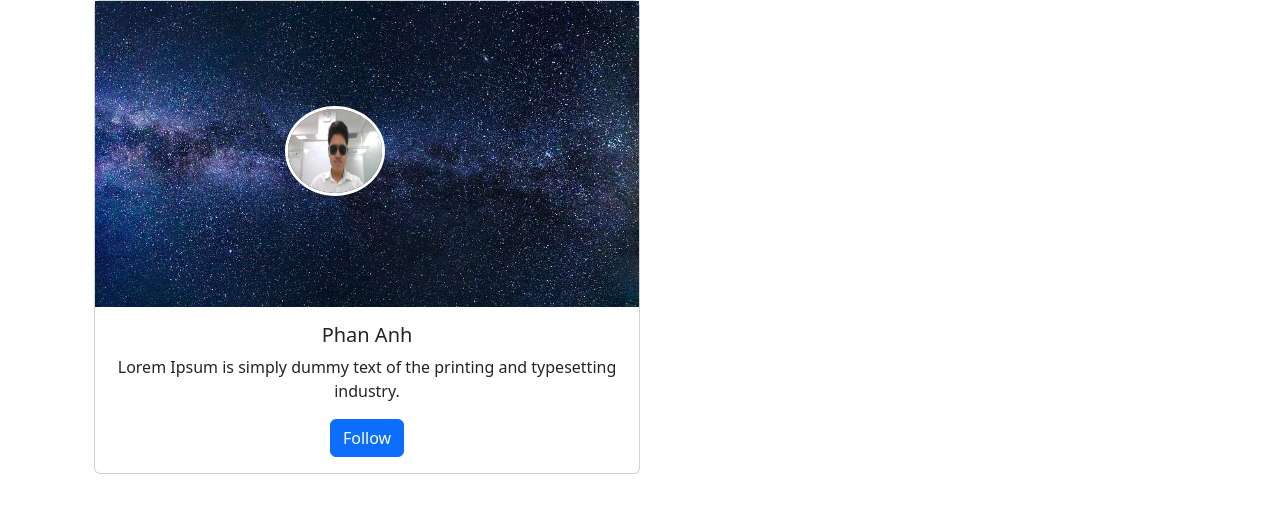
Repository: NPhanA/React2022
Page: / (app in Day 03-React/exercise/)
These files come from the project's save history. The page is drawn as it stood at one moment and after the next save; the edit follows.
The browser window is 1280 px wide. The pictures show the whole page.
The project was rebuilt for these pictures with package versions that can differ from the ones it lists, and the page was loaded fresh each time. Also part of the build but not shown: Day 03-React/exercise/src/App.css, Day 03-React/exercise/src/App.js, Day 03-React/exercise/src/Components/UserAgent.js.

Above is the page before, as saved 2022-07-26 16:40:59.

After the next save:
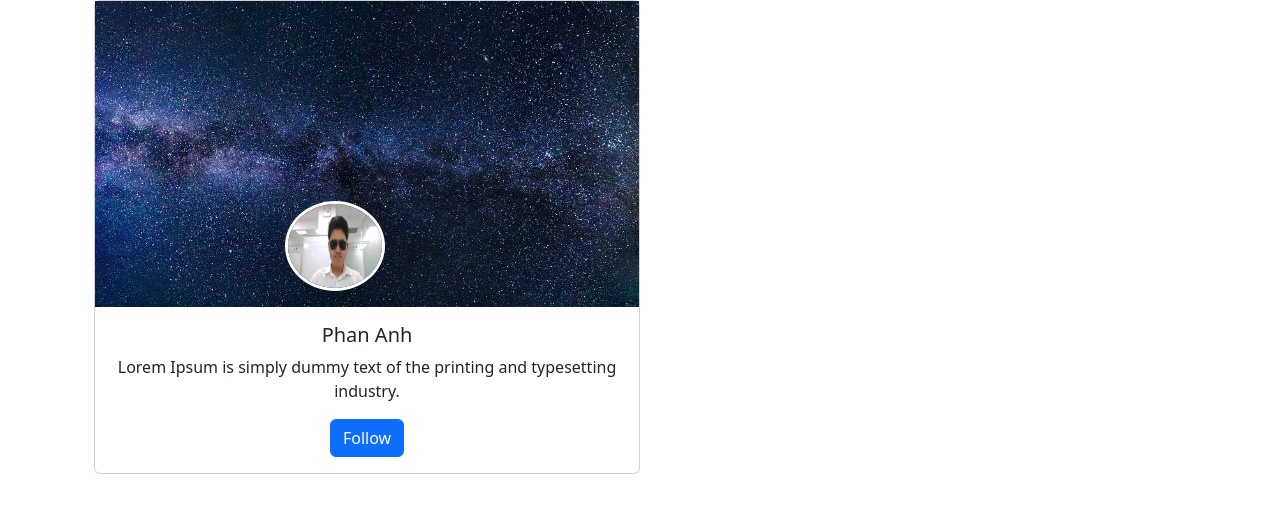
Saved 26 s later.
--- a/Day 03-React/exercise/src/Components/ProfileCard.js
+++ b/Day 03-React/exercise/src/Components/ProfileCard.js
@@ -13,7 +13,7 @@ function ProfileCard() {
               <div className="user text-center">
                 <div className="profile">
                   <img src={avatar} className="rounded-circle position-absolute" width="80" style={{
-        top:"105px",
+        top:"200px",
         left: "35%",
         height: "90px",
         width: "100px",
